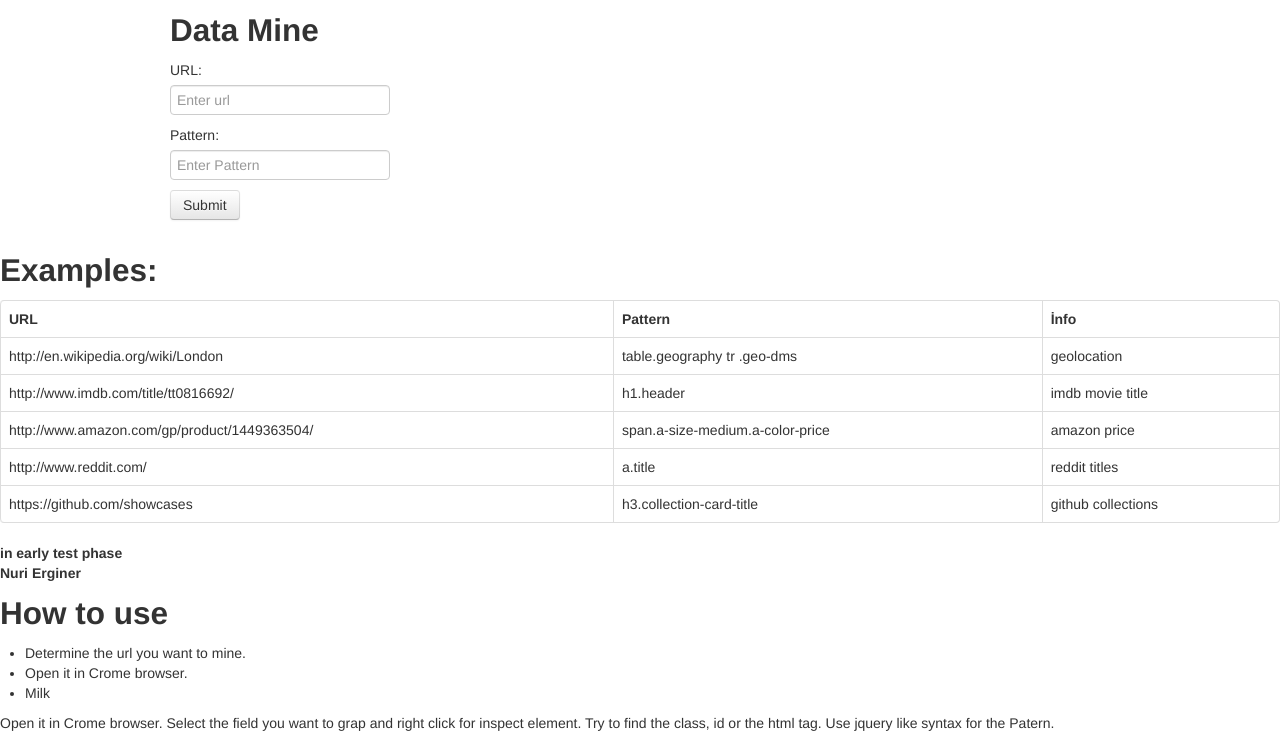
Repository: nerginer/datamine
Page: client/index.html
The author's editor kept a record of every edit. The page is drawn from the files as they stood at one moment, then again after the next edit.
The browser window is 1280 px wide. The pictures show the whole page.

Above is the page before.

### client/index.html
<!DOCTYPE html>
<html>
<head>
<meta charset="utf-8" />
<title>Data Mine</title>
<link rel="stylesheet" type="text/css" href="css/bootstrap.min.css">
</head>
<body>


<div class="container">
      <h2>Data Mine</h2>
       <form action="/" method="post">
        <div class="form-group">
          <label for="text">URL:</label>
          <input type="text" class="form-control" name="URL" placeholder="Enter url">
        </div>
        <div class="form-group">
          <label for="text">Pattern:</label>
          <input type="text" class="form-control" name="Pattern" placeholder="Enter Pattern">
        </div>

        <button type="submit" class="btn btn-default">Submit</button>
      </form>
</div>




            <h2>Examples:</h2>








<table class="table table-bordered">
  <tr>
    <th>URL</th>
    <th>Pattern</th>
    <th>İnfo</th>
  </tr>
  <tr>
    <td>http://en.wikipedia.org/wiki/London</td>
    <td>table.geography tr .geo-dms</td>
    <td>geolocation</td>
  </tr>
  <tr>
    <td>http://www.imdb.com/title/tt0816692/</td>
    <td>h1.header</td>
    <td>imdb movie title</td>
  </tr>
  <tr>
    <td>http://www.amazon.com/gp/product/1449363504/</td>
    <td>span.a-size-medium.a-color-price</td>
    <td>amazon price</td>
  </tr>
  <tr>
    <td>http://www.reddit.com/</td>
    <td>a.title</td>
    <td>reddit titles</td>
  </tr>
    <tr>
    <td>https://github.com/showcases</td>
    <td>h3.collection-card-title</td>
    <td>github collections</td>
  </tr>
</table>


<h5>in early test phase <br>
Nuri Erginer</h5>

<h2>How to use</h2>
<ul>
  <li>Determine the url you want to mine.</li>
  <li>Open it in Crome browser.</li>
  <li>Milk</li>
</ul>


<p> Open it in Crome browser. Select the field you want to grap and right click for inspect element. Try to find the class, id or the html tag. Use jquery like syntax for the Patern.</p>
</body>
</html>

Loaded but not shown: client/css/bootstrap.min.css (library)

After the next edit:
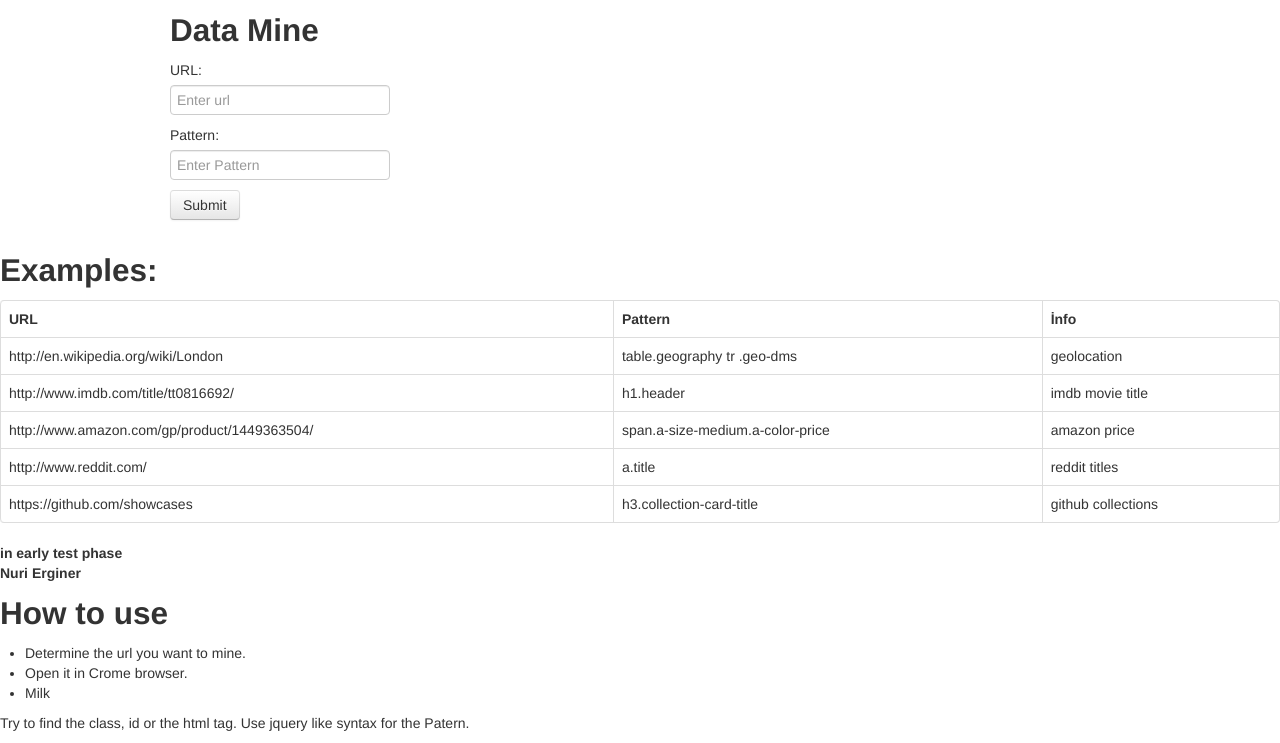
The edit:
--- a/client/index.html
+++ b/client/index.html
@@ -81,6 +81,6 @@
 </ul>
 
 
-<p> Open it in Crome browser. Select the field you want to grap and right click for inspect element. Try to find the class, id or the html tag. Use jquery like syntax for the Patern.</p>
+<p> Try to find the class, id or the html tag. Use jquery like syntax for the Patern.</p>
 </body>
 </html>
